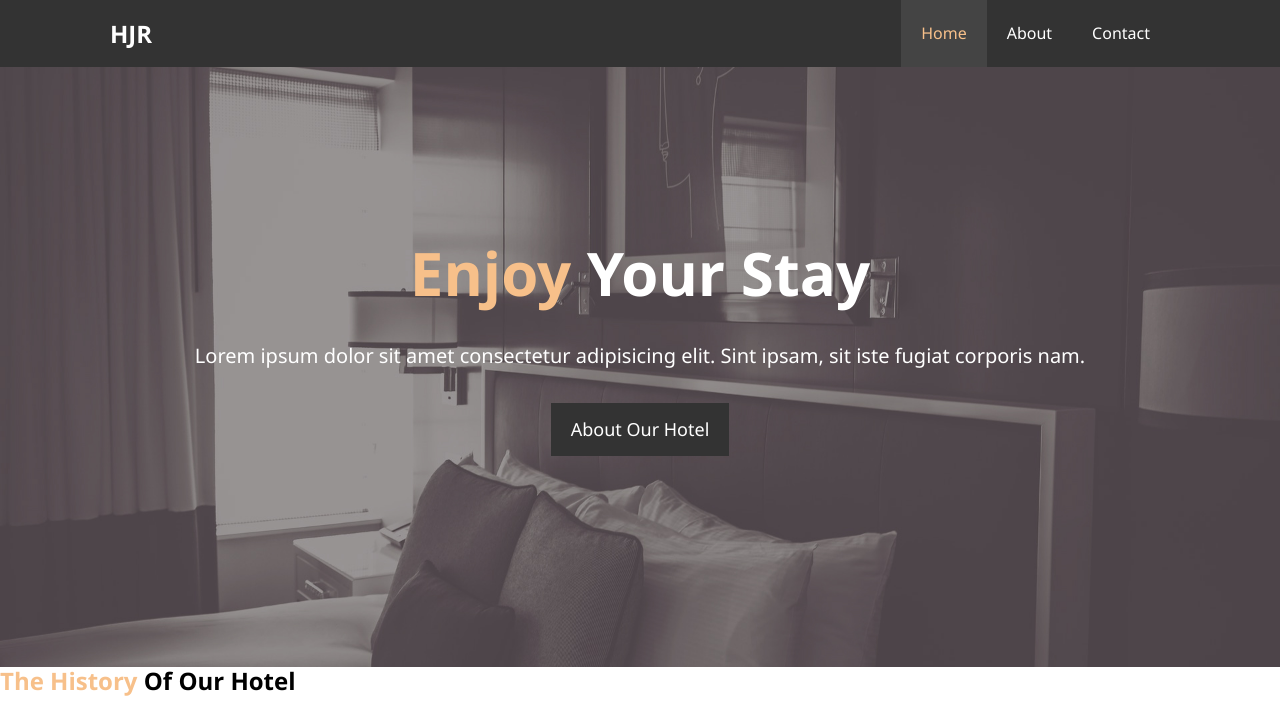
Repository: dimlutine/Hotel-Project
Page: index.html
The author's editor kept a copy of each file at every save. The page is drawn from the files as they stood at one save, then again after the next save.
The browser window is 1280 px wide. The pictures show the whole page.

Above is the page before, as saved 2019-07-05 22:11:14.

### index.html
<!DOCTYPE html>
<html lang="en">

<head>
    <meta charset="UTF-8">
    <meta name="viewport" content="width=device-width, initial-scale=1.0">
    <meta http-equiv="X-UA-Compatible" content="ie=edge">
    <meta name="description" content="Welcome to the neatest hotel in Durham, North Carolina!">
    <meta name="keywords" content="hotel,durham hotel, north carolina hotel, rdu hotel">
    <link rel="stylesheet" href="css/style.css">
    <title>Hotel JR | Durham Hotel</title>
</head>

<body>
    <header>
        <nav id="navbar">
            <div class="container">
                <h1 class="logo"><a href="index.html">HJR</a></h1>
                <ul>
                    <li><a class="current" href="index.html">Home</a></li>
                    <li><a href="about.html">About</a></li>
                    <li><a href="contact.html">Contact</a></li>
                </ul>
            </div>

        </nav>
        <div id="showcase">
            <div class="container">
                <div class="showcase-content">
                    <h1>
                        <span class="text-primary">Enjoy</span> Your Stay
                    </h1>
                    <p class="lead">Lorem ipsum dolor sit amet consectetur adipisicing elit. Sint ipsam, sit iste fugiat corporis nam.</p>
                    <a class="btn" href="about.html">About Our Hotel</a>
                </div>
            </div>
        </div>
    </header>

    <section id="home-info" class="bg-dark">
        <div class="info-img"></div>
        <div class="info-content">
            <h2><span class="text-primary">The History </span>Of Our Hotel</h2>
        </div>
    </section>
</body>

</html>

### css/style.css
* {
    padding: 0;
    margin: 0;
    box-sizing: border-box;
}

html,
body {
    font-family: 'Segoe UI', 'Segoe UI', Tahoma, Geneva, Verdana, sans-serif;
    line-height: 1.7em;
}

a {
    color: #333;
    text-decoration: none;
}

h1,
h2,
h3 {
    padding-bottom: 20px;
}

p {
    margin: 10px 0;
}


/* Utilities */

.container {
    margin: auto;
    max-width: 1100px;
    overflow: auto;
    padding: 0 20px;
}

.text-primary {
    color: #f7c08a;
}

.lead {
    font-size: 20px;
}

.btn {
    display: inline-block;
    font-size: 18px;
    color: #fff;
    background: #333;
    padding: 13px 20px;
    border: none;
    cursor: pointer;
}

.btn:hover {
    background: #f7c08a;
    color: #333;
}

#navbar {
    background: #333;
    color: #fff;
    overflow: auto;
}

#navbar a {
    color: #fff;
}

#navbar h1 {
    float: left;
    padding-top: 20px;
}

#navbar ul {
    float: right;
    list-style: none;
}

#navbar ul li {
    float: left;
}

#navbar ul li a {
    display: block;
    padding: 20px;
    text-align: center;
}

#navbar ul li a:hover,
#navbar ul li a.current {
    background: #444;
    color: #f7c08a;
}


/* Showcase */

#showcase {
    background: url('../img/showcase.jpg') no-repeat center center/cover;
    height: 600px;
}

#showcase .showcase-content {
    color: #fff;
    text-align: center;
    padding-top: 170px;
}

#showcase .showcase-content h1 {
    font-size: 60px;
    line-height: 1.2em;
}

#showcase .showcase-content p {
    padding-bottom: 20px;
    line-height: 1.7em;
}

After the next save:
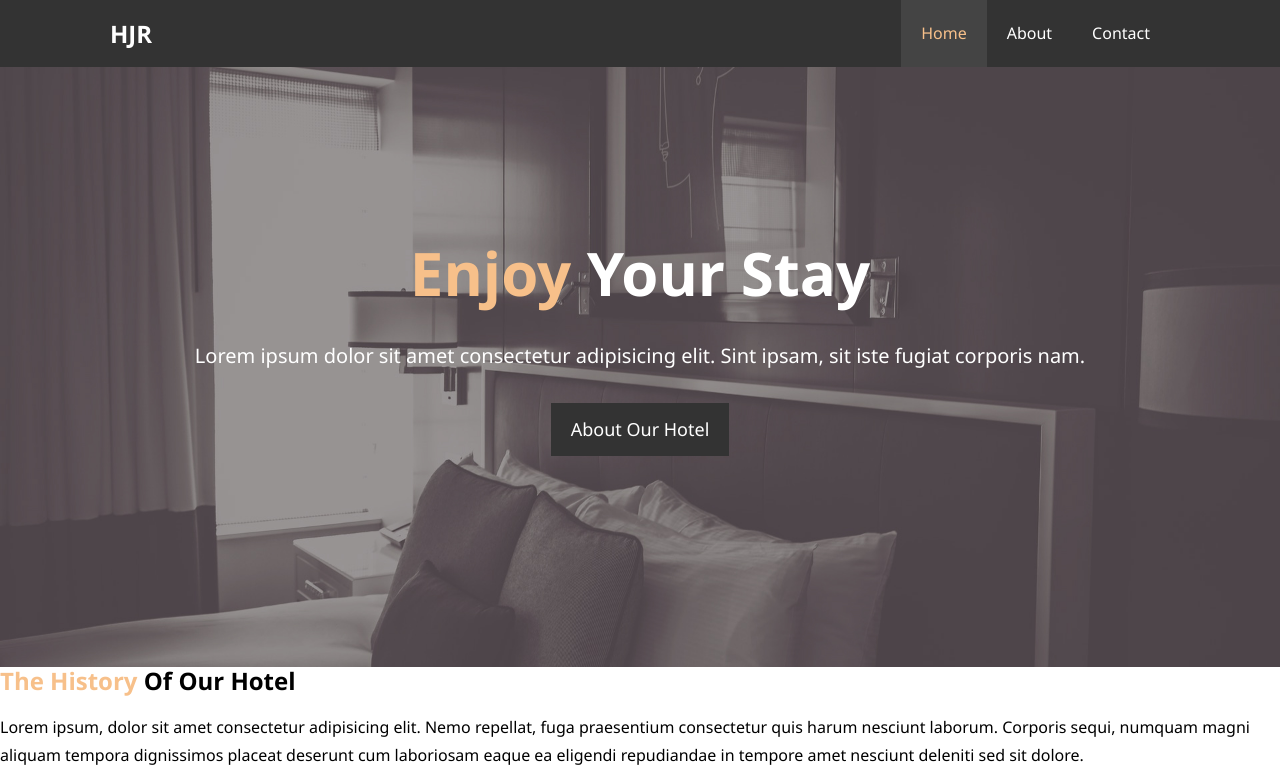
Saved 14 s later.
--- a/index.html
+++ b/index.html
@@ -41,6 +41,8 @@
         <div class="info-img"></div>
         <div class="info-content">
             <h2><span class="text-primary">The History </span>Of Our Hotel</h2>
+            Lorem ipsum, dolor sit amet consectetur adipisicing elit. Nemo repellat, fuga praesentium consectetur quis harum nesciunt laborum. Corporis sequi, numquam magni aliquam tempora dignissimos placeat deserunt cum laboriosam eaque ea eligendi repudiandae
+            in tempore amet nesciunt deleniti sed sit dolore.
         </div>
     </section>
 </body>
